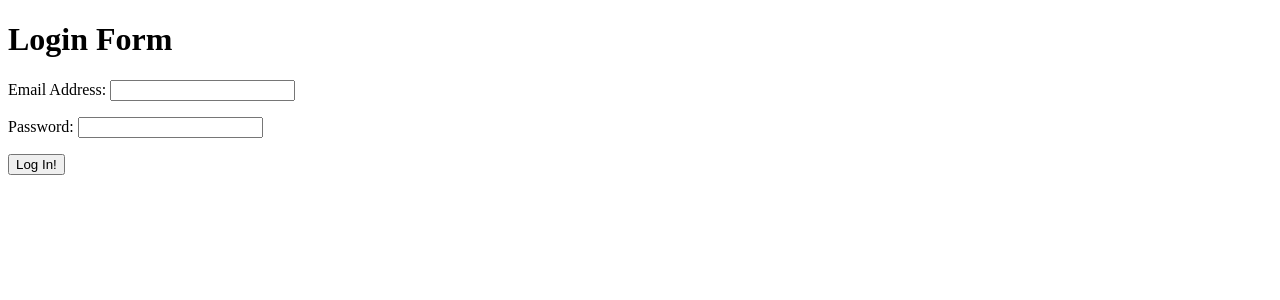
Repository: codieb1997/cosw30
Page: http://localhost/labwork/lab2/login.php
The author's editor kept a record of every edit. The page is drawn from the files as they stood at one moment, then again after the next edit.
The browser window is 1280 px wide. The pictures show the whole page.
The page is run by PHP 8.4 with error messages shown; the project is at /var/www/html/.

Above is the page before.

After the next edit:
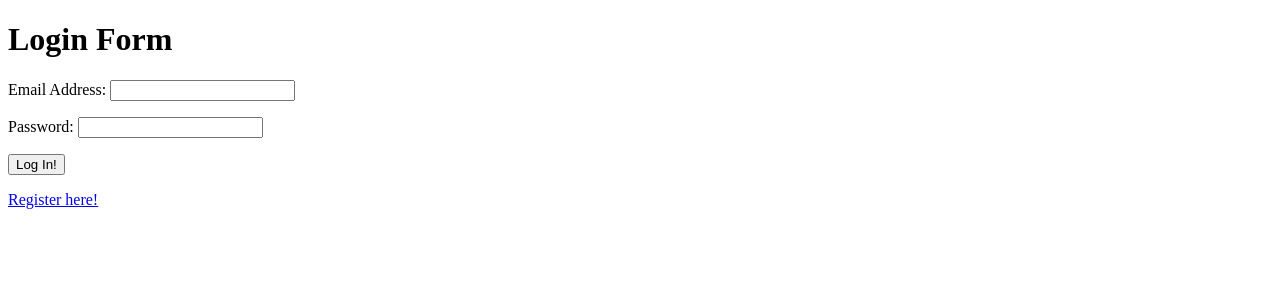
The edit:
--- a/labwork/lab2/login.php
+++ b/labwork/lab2/login.php
@@ -14,6 +14,8 @@
             <input type="password" name="password" id="password" required></p>
 
             <button>Log In!</button>
+
+            <p><a href="register.php">Register here!</a></p>
         </form>
     </body>
 </html>
